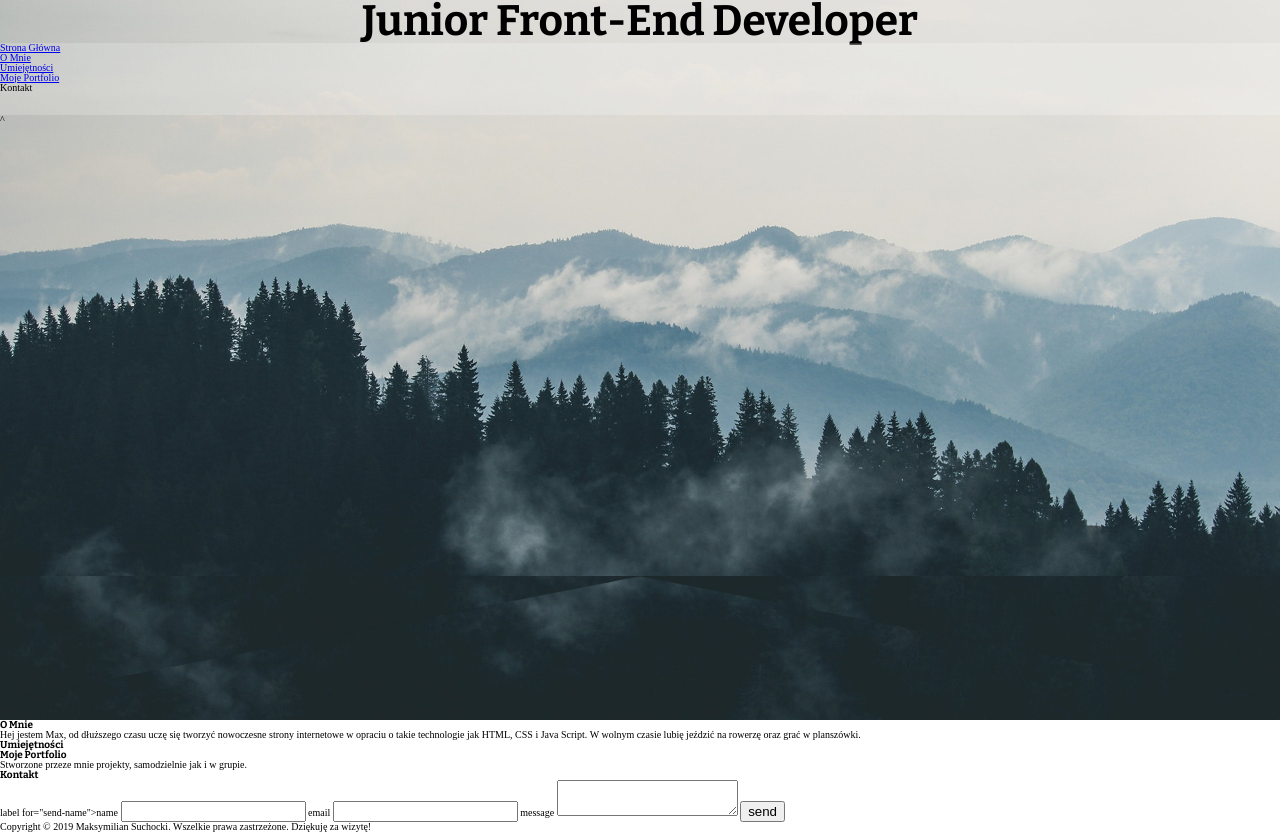
Repository: Maxs777/wizytowka
Page: index.html
An editor plug-in stored every save of this project. The page is shown before and after the next save, followed by the edit.
The browser window is 1280 px wide. The pictures show the whole page.

Above is the page before, as saved 2019-03-10 13:00:02.

After the next save:
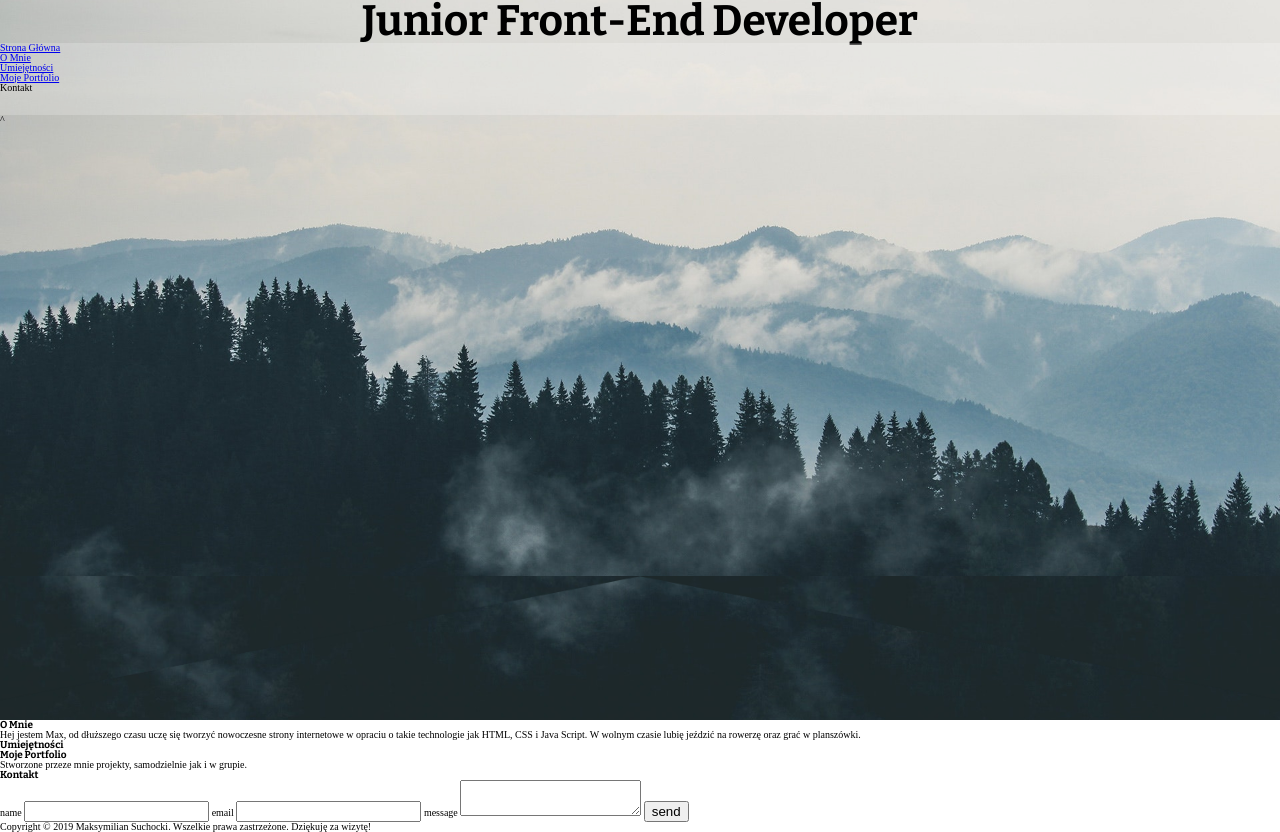
Saved 4 s later.
--- a/index.html
+++ b/index.html
@@ -53,7 +53,7 @@
             <section id="section4" class="contact">
                 <h2>Kontakt</h2>
                 <form action="">
-label for="send-name">name</label>
+<label for="send-name">name</label>
 <input type="name" id="send-name">
 <label for="send-email">email</label>
 <input type="email" id="send-email">
